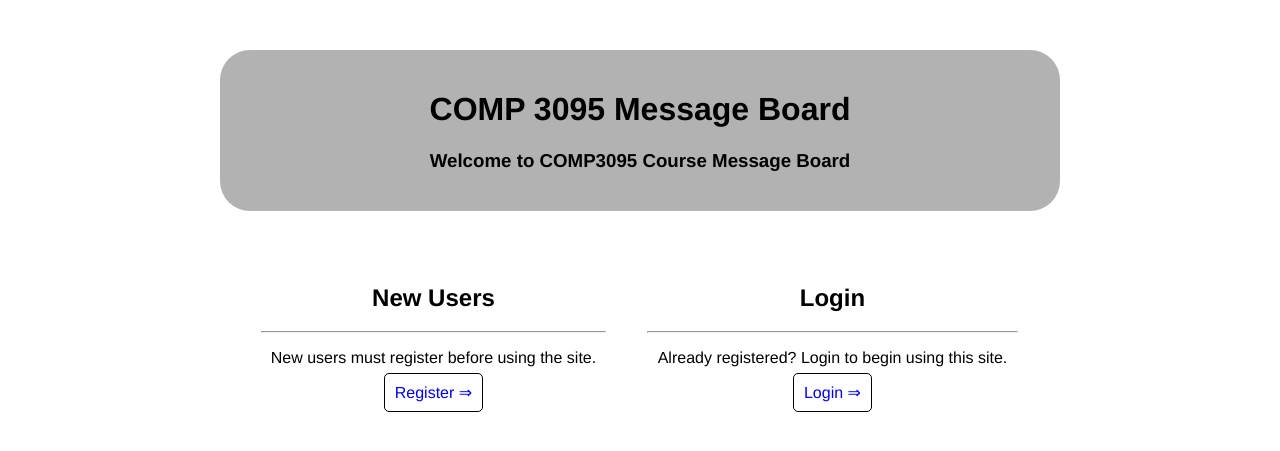
Repository: JesseFo/Whitespace
Page: whitespace/WebContent/WEB-INF/index.html
An editor plug-in stored every save of this project. The page is shown before and after the next save, followed by the edit.
The browser window is 1280 px wide. The pictures show the whole page.

Above is the page before, as saved 2015-10-14 03:06:25.

After the next save:
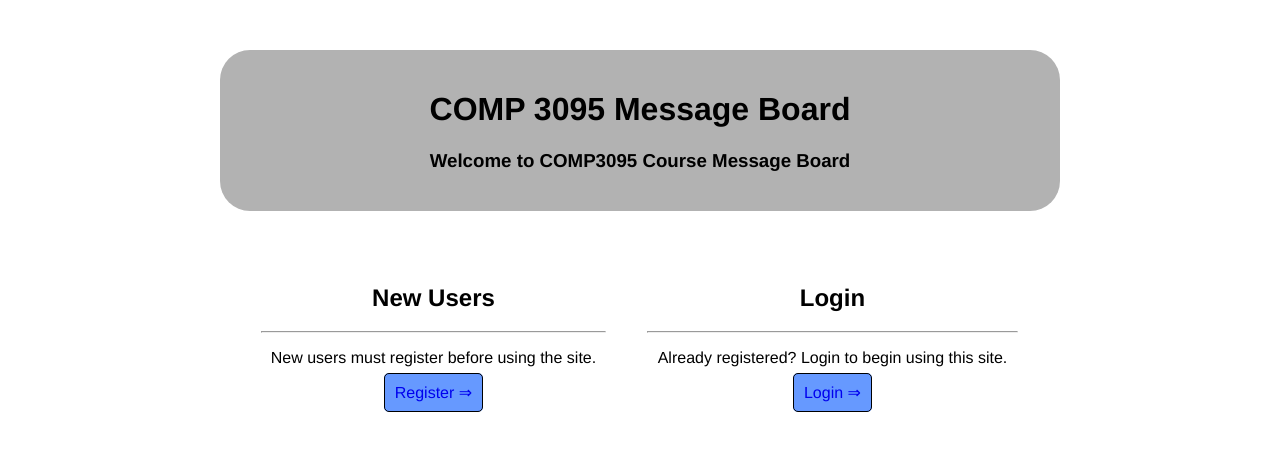
Saved 6 min 31 s later.
--- a/whitespace/WebContent/WEB-INF/index.css
+++ b/whitespace/WebContent/WEB-INF/index.css
@@ -32,4 +32,9 @@ a{
 	border: 1px solid black;
 	padding: 10px;
 	border-radius: 5px;
+	background: #6699FF
 }
+
+a:hover{
+	background: #3366FF;
+}
